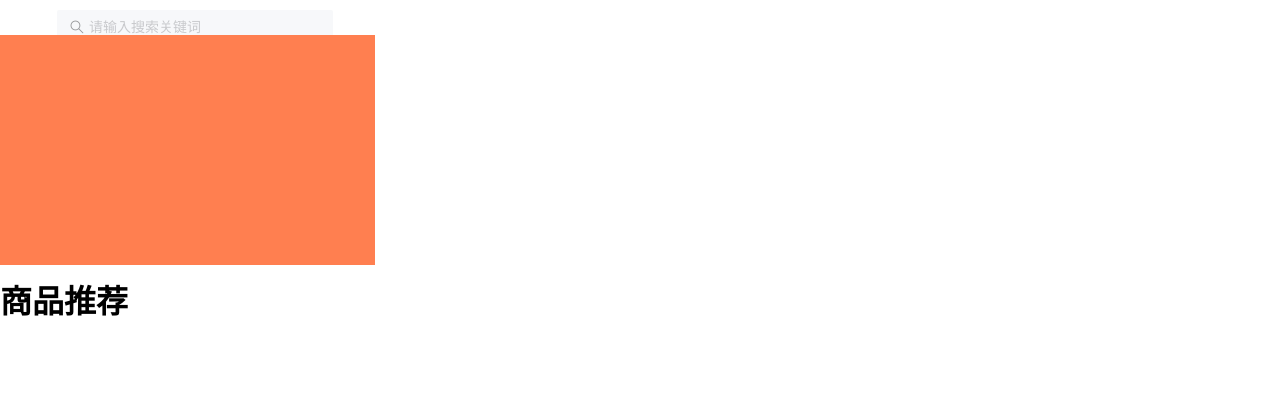
Repository: liyang777777/shangcheng
Page: /
An editor plug-in stored every save of this project. The page is shown before and after the next save, followed by the edit.
The browser window is 1280 px wide. The pictures show the whole page.
The page's requests for data from a server got no answer. The project was rebuilt for these pictures with package versions that can differ from the ones it lists, and the page was loaded fresh each time. No one was signed in, and anything a server would have sent is missing. Also part of the build but not shown: vue.config.js. Imported but missing from the stored project, and not drawn on this page: src/views/About.

Above is the page before, as saved 2020-06-23 11:48:11.

After the next save:
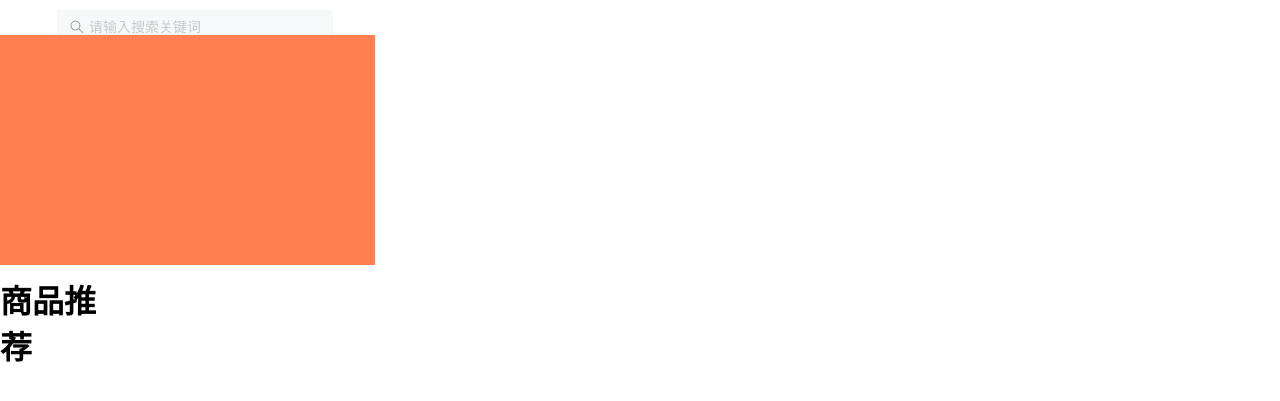
Saved 44 s later.
--- a/src/components/Prre.vue
+++ b/src/components/Prre.vue
@@ -40,6 +40,7 @@ export default {
 
 <style scoped lang='scss'>
 .box {
-  display: flex
+  width: 100px;
+  height: 100px;
 }
 </style>
